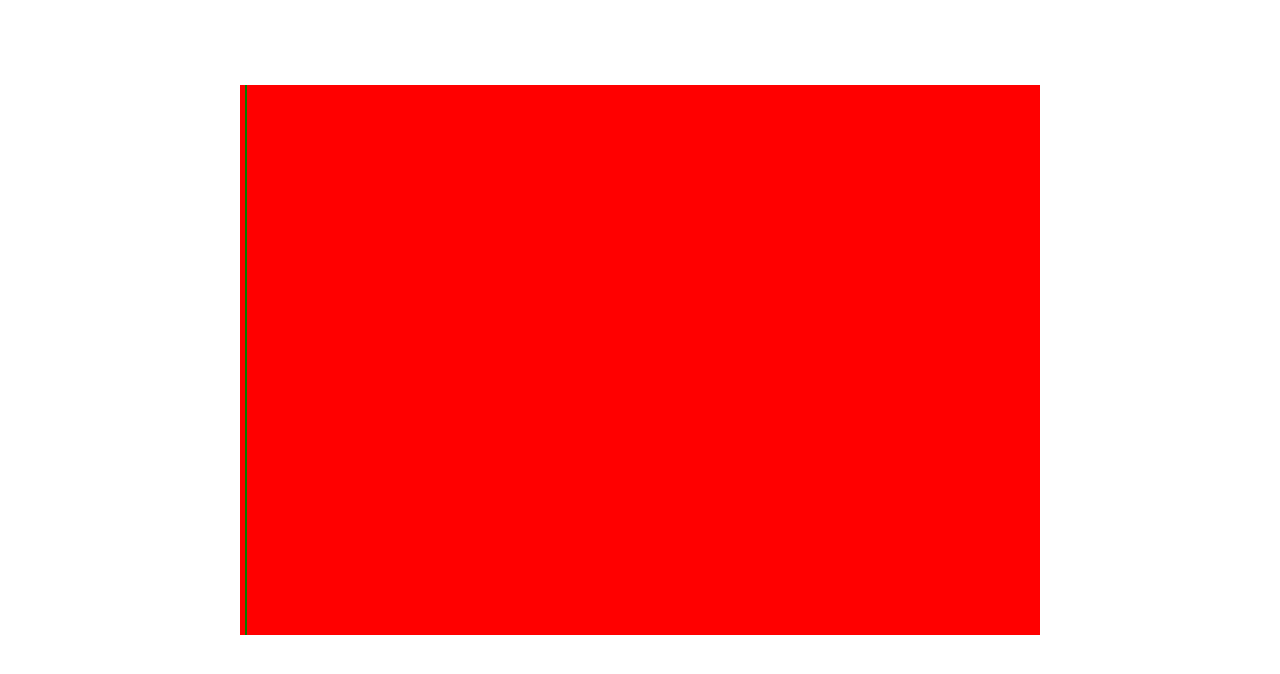
Repository: gyypwrs/css-practice
Page: pull-over/index.html
These files come from the project's save history. The page is drawn as it stood at one moment and after the next save; the edit follows.
The browser window is 1280 px wide. The pictures show the whole page.

Above is the page before, as saved 2022-05-16 14:49:23.

### pull-over/index.html
<!--
 * @Descripttion:
 * @version:
 * @Author: Hongyu
 * @Date: 2022-05-14 18:11:46
 * @LastEditors: Hongyu
 * @LastEditTime: 2022-05-16 14:48:48
-->
<!DOCTYPE html>
<html>

<head>
  <title></title>
  <style type="text/css">
    html,
    body {
      height: 100%
    }

    body {
      margin: 0;
      padding: 0;
      overflow: hidden;
      display: flex;
    }

    .wrapper {
      width: 800px;
      height: 550px;
      margin: auto;
      background: red;
    }

    .push-line {
      height: 550px;
      width: 5px;
      border-right: 2px solid green;
      cursor: e-resize;
    }
  </style>
</head>

<body>
  <div class="wrapper">
    <div class="push-line" onmousedown="move(this)" onmouseup="removeListener(this)"></div>
  </div>
  <script>
    function move(parent) {
      parent.addEventListener("mousemove", function (event) {
        console.log(event.offsetX)
        console.log(parent.style)
        parent.style.width += event.offsetX
      })
    }
    function removeListener(event) {
      event.removeListener("mousemove", function () {
        console.log('1232323')
      })
    }
  </script>
</body>

</html>

After the next save:
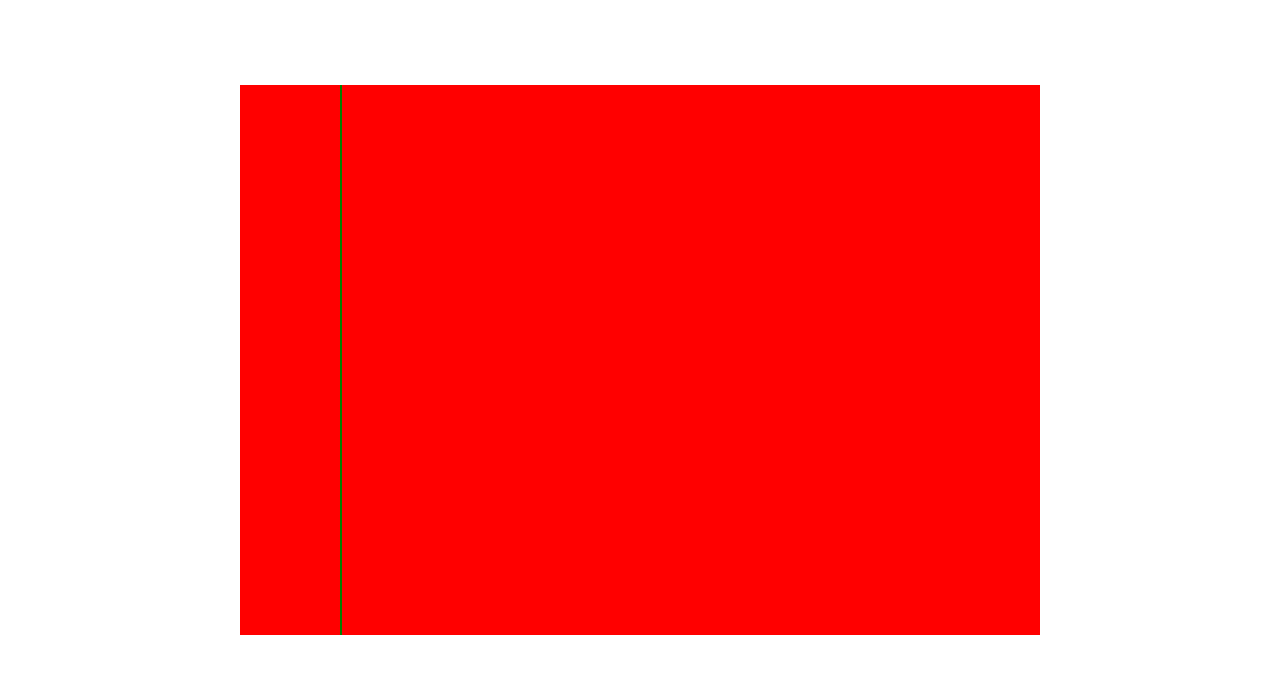
Saved 30 s later.
--- a/pull-over/index.html
+++ b/pull-over/index.html
@@ -4,7 +4,7 @@
  * @Author: Hongyu
  * @Date: 2022-05-14 18:11:46
  * @LastEditors: Hongyu
- * @LastEditTime: 2022-05-16 14:48:48
+ * @LastEditTime: 2022-05-16 14:49:53
 -->
 <!DOCTYPE html>
 <html>
@@ -33,7 +33,7 @@
 
     .push-line {
       height: 550px;
-      width: 5px;
+      width: 100px;
       border-right: 2px solid green;
       cursor: e-resize;
     }
